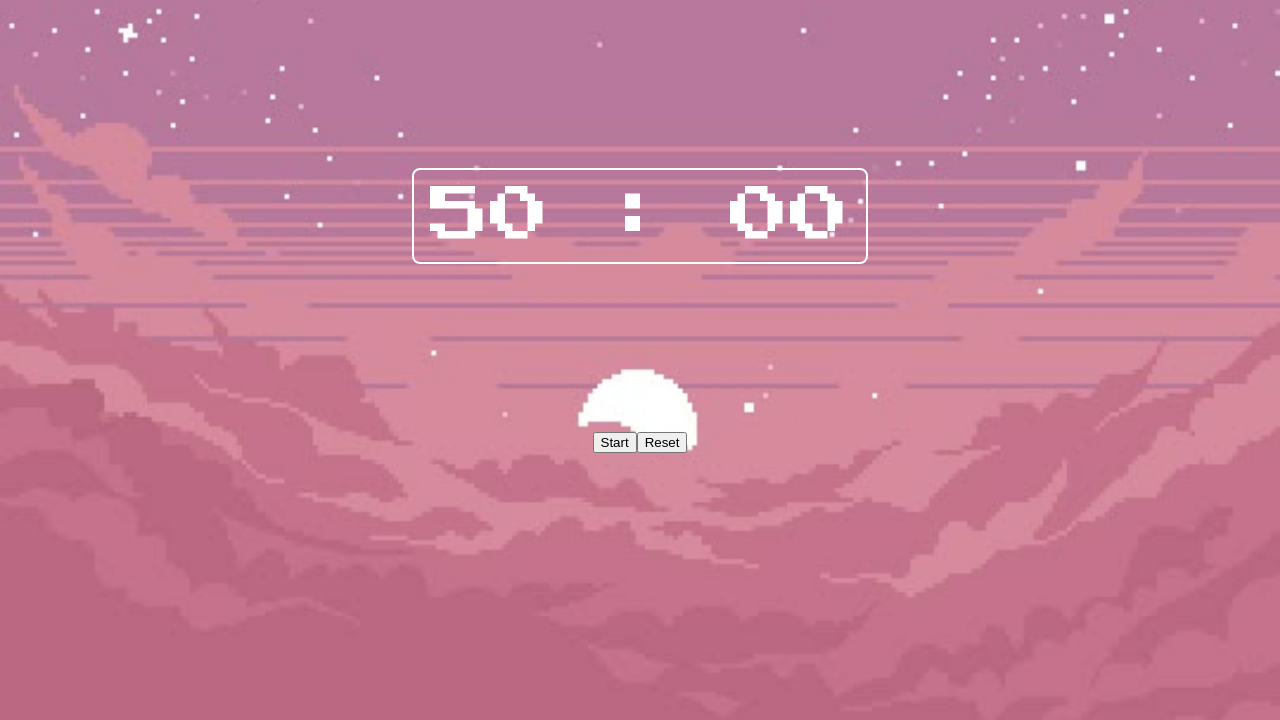
Repository: niharikapatil2306/Study-Timer
Page: index.html
The author's editor kept a copy of each file at every save. The page is drawn from the files as they stood at one save, then again after the next save.
The browser window is 1280 px wide. The pictures show the whole page.

Above is the page before, as saved 2025-02-15 15:39:36.

### index.html
<!DOCTYPE html>
<html lang="en">
<head>
    <meta charset="UTF-8">
    <meta name="viewport" content="width=device-width, initial-scale=1.0">
    <title>Study Timer</title>
    <link href="https://fonts.googleapis.com/css2?family=Press+Start+2P&display=swap" rel="stylesheet">
    <link rel="stylesheet" href="style.css" />
</head>
<body style="background-color: black;">
    <div class="container">
        <div class="timer">
            <div class="box">
                <span id="min">
                    50
                </span>
                :
                <span id="sec">
                    00
                </span>
            </div>
        </div>
        <div class="button_container">
            <button id="start">
                Start
            </button>
            <button id="reset">
                Reset
            </button>
        </div>
    </div>
    <script src="./clock.js"></script>
</body>
</html>

### style.css
body {
    margin: 0;
    padding: 0;
    background: url("./img/bg.jpeg") no-repeat center center fixed;
    background-size: cover;
}

.container{
    height: 100vh;
}

.box{
    border: 2px solid white;
    border-radius: 8px;
    padding: 16px;
    box-shadow:
    0px 0px black, 2px 0px black, 4px 0px black, 6px 0px black, 8px 0px black, /* Top border */
    0px 2px black, 8px 2px black,;
}

.timer{
    font-family: 'Press Start 2P', monospace;
    height: 60vh;
    font-size: 60px;
    font-weight: 400;
    color: white;
    display: flex;
    align-items: center;
    justify-content: center;
}

.button_container{
    display: flex;
    align-items: center;
    justify-content: center;
}

/* .timer {

    font-size: 50px;
    color: ivory;
    text-rendering: optimizeSpeed;
}

.box{
    width: max-content ;
    border: 1px solid white;
}

span{
    padding: 4px;
    margin: 8px;
}

.container{
    text-align: center;
    width: 100vw;
    height: 100vh;
    display: flex;
    position: relative; */
    /* flex-direction: column;
    justify-content: center;

} */

### clock.js
let timer;
let timeLeft = 50*60 // 50 minutes
const min = document.getElementById("min");
const sec = document.getElementById("sec");
const startBtn = document.getElementById("start");
const resetBtn = document.getElementById("reset");

function updateDisplay(){
    let minutes = Math.floor(timeLeft/60);
    let seconds = timeLeft%60;
    min.textContent = minutes.toString().padStart(2, "0");
    sec.textContent = seconds.toString().padStart(2, "0");
}

startBtn.addEventListener("click", () => {
    if(!timer){
        timer = setInterval(() => {
            if(timeLeft>0){
                timeLeft--;
                updateDisplay();
            }
            else{
                clearInterval(timer);
                timer = null;
                alert("Take a break!!")
            }
        }, 1000);
    }
});

resetBtn.addEventListener("click", () => {
    clearInterval(timer);
    timer = null;
    timeLeft = 50*60;
    updateDisplay();
});

After the next save:
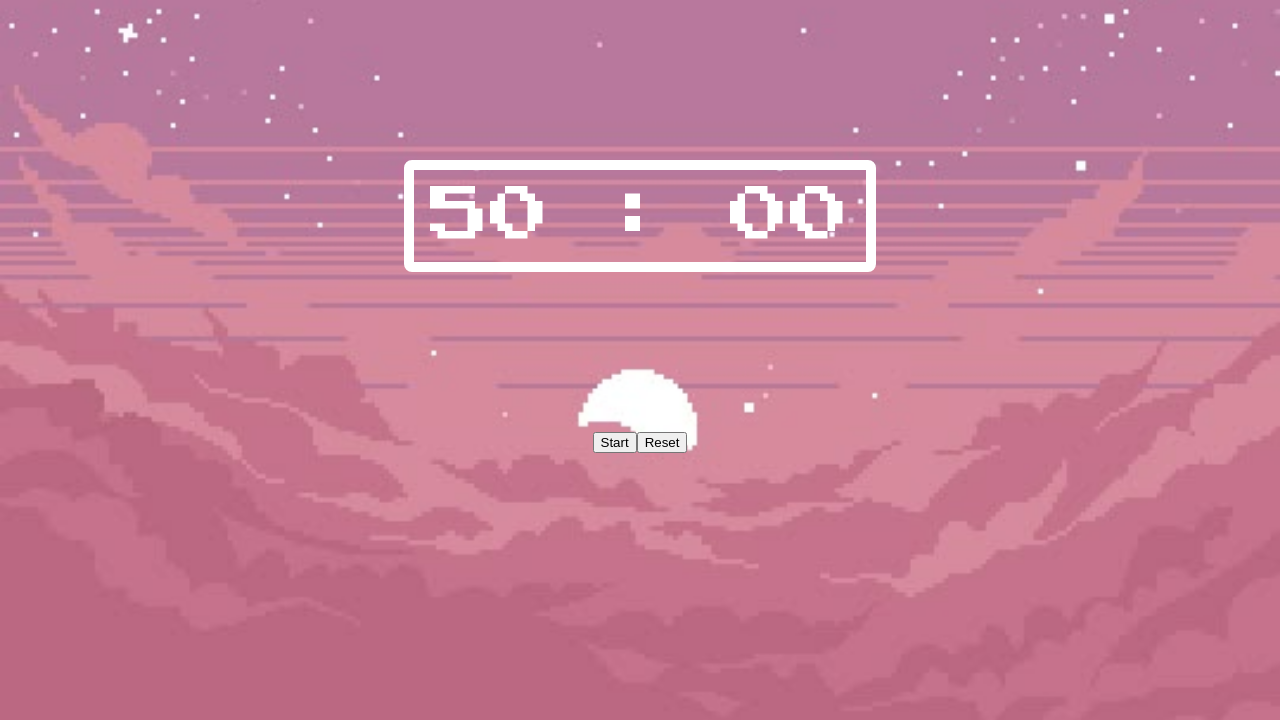
Saved 8 s later.
--- a/style.css
+++ b/style.css
@@ -10,7 +10,7 @@ body {
 }
 
 .box{
-    border: 2px solid white;
+    border: 10px solid white;
     border-radius: 8px;
     padding: 16px;
     box-shadow:
